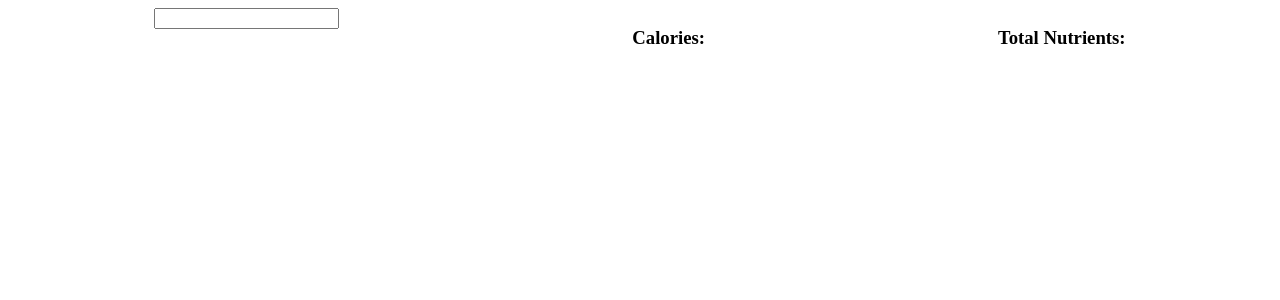
Repository: asya-aisa/nutrition-app
Page: /
The author's editor kept a copy of each file at every save. The page is drawn from the files as they stood at one save, then again after the next save.
The browser window is 1280 px wide. The pictures show the whole page.
The page's requests for data from a server got no answer. The project was rebuilt for these pictures with package versions that can differ from the ones it lists, and the page was loaded fresh each time. No one was signed in, and anything a server would have sent is missing. Also part of the build but not shown: src/MyComponent.js.

Above is the page before, as saved 2023-09-18 15:01:52.

### src/App.js

import { useEffect, useState } from 'react';
import './App.css';
import MyComponent from './MyComponent';

function App() {

  const [nutrientsArray, setNutrientsArray] = useState([])
  const [caloriesState, setCaloriesState] = useState('')

  useEffect(() => {
    const getNutrients = async () => {

      const bodyText = {
        "ingr": [
          "1 tomato", "2 avocado"
        ]
      }
      const response = await fetch('https://api.edamam.com/api/nutrition-details?app_id=bce19124&app_key=%20d13039e09e0cad1255cc69b09c620945%09', {
        method: 'POST',
        headers: {
          'Content-Type': 'application/json;charset=utf-8'
        },
        body: JSON.stringify(bodyText)
      })
      const data = await response.json()
      setCaloriesState(data.calories)

      console.log(Object.values(data.totalNutrients))
      setNutrientsArray(Object.values(data.totalNutrients))
    }
    getNutrients()
  }, [])
  return (
    <div className="App">

      <form>
        <input type='text' />
      </form>
      <h3>Calories: {caloriesState}</h3>

      <div>
        <h3>Total Nutrients:</h3>
        {nutrientsArray.map((elem, index) => (
        <MyComponent
        key={index}
        label={elem.label}
        quantity={elem.quantity.toFixed()}
        unit={elem.unit}/>

        ))}
      </div>

    </div>
  );
}

export default App;

### src/App.css
.App {
  display: flex;
  justify-content: space-around;
}
ul, li {
  list-style: none;
  margin: 3px;
  padding: 0px;
}
input {
  width: ;
}

Loaded but not shown: public/index.html (common file); src/index.js (common file); src/reportWebVitals.js (common file)

After the next save:
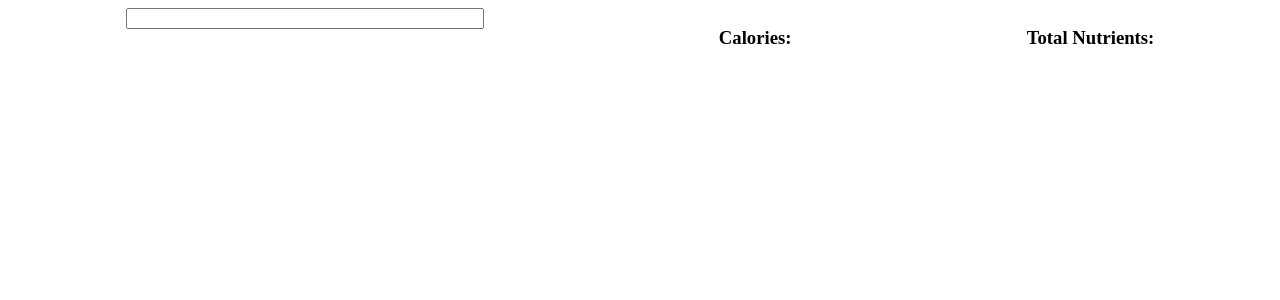
Saved 6 s later.
--- a/src/App.css
+++ b/src/App.css
@@ -8,5 +8,5 @@ ul, li {
   padding: 0px;
 }
 input {
-  width: ;
+  width: 350px;
 }
